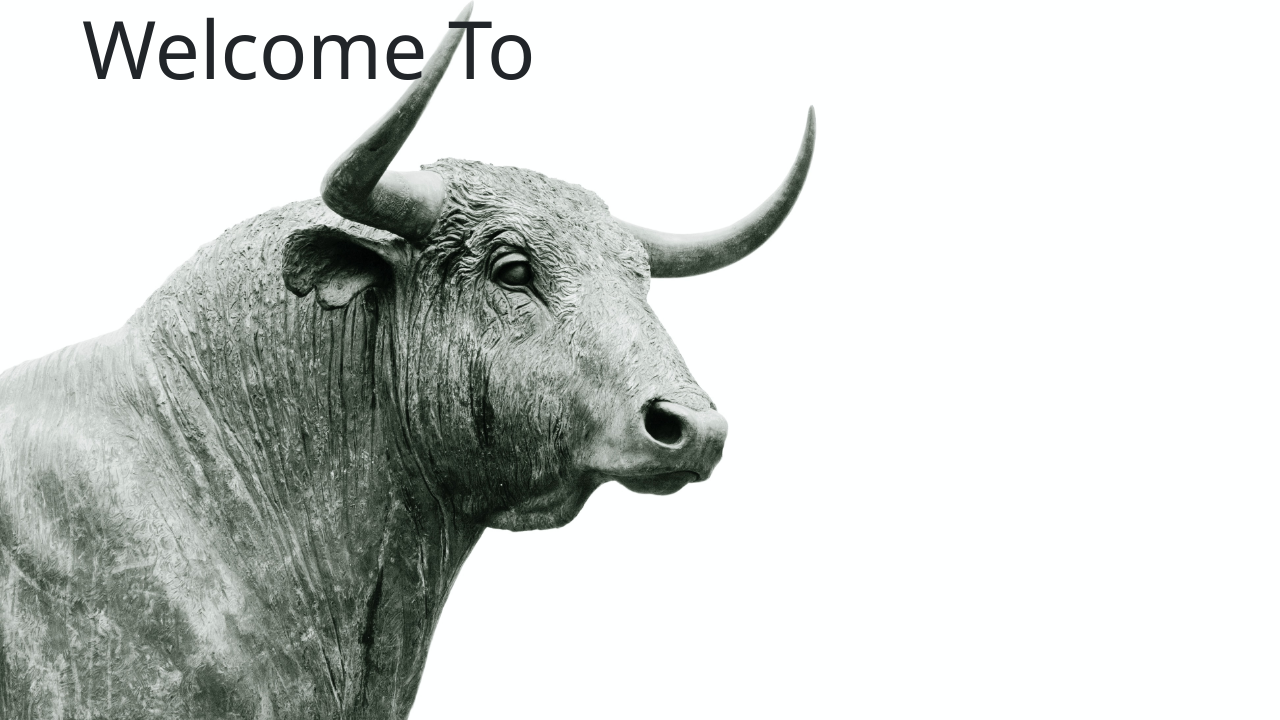
Repository: jmokate/stock-trading-app
Page: /
These files come from the project's save history. The page is drawn as it stood at one moment and after the next save; the edit follows.
The browser window is 1280 px wide. The pictures show the whole page.
The project was rebuilt for these pictures with package versions that can differ from the ones it lists, and the page was loaded fresh each time.

Above is the page before, as saved 2021-09-14 18:02:08.

After the next save:
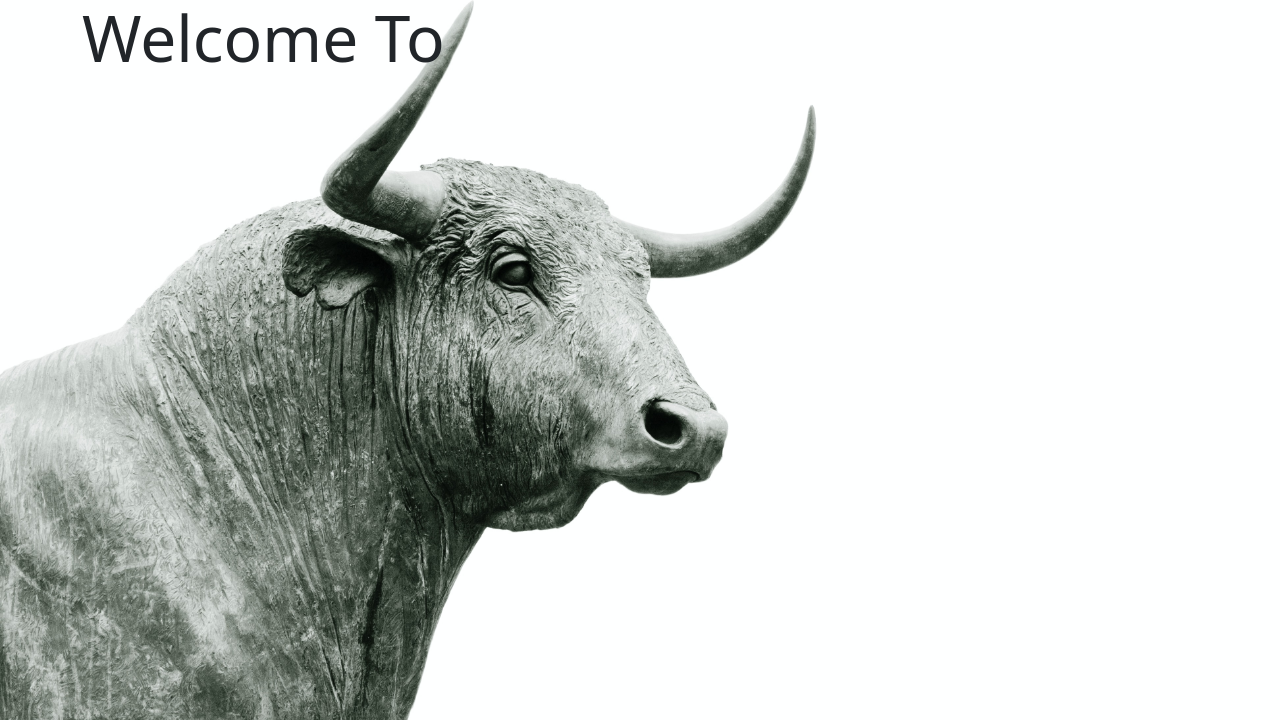
Saved 37 s later.
--- a/src/SplashPage.js
+++ b/src/SplashPage.js
@@ -9,7 +9,7 @@
   return (
     <div>
       <Container>
-          <h1 class="display-1">Welcome To</h1>
+          <h1 class="display-3">Welcome To</h1>
 
       </Container>
 
